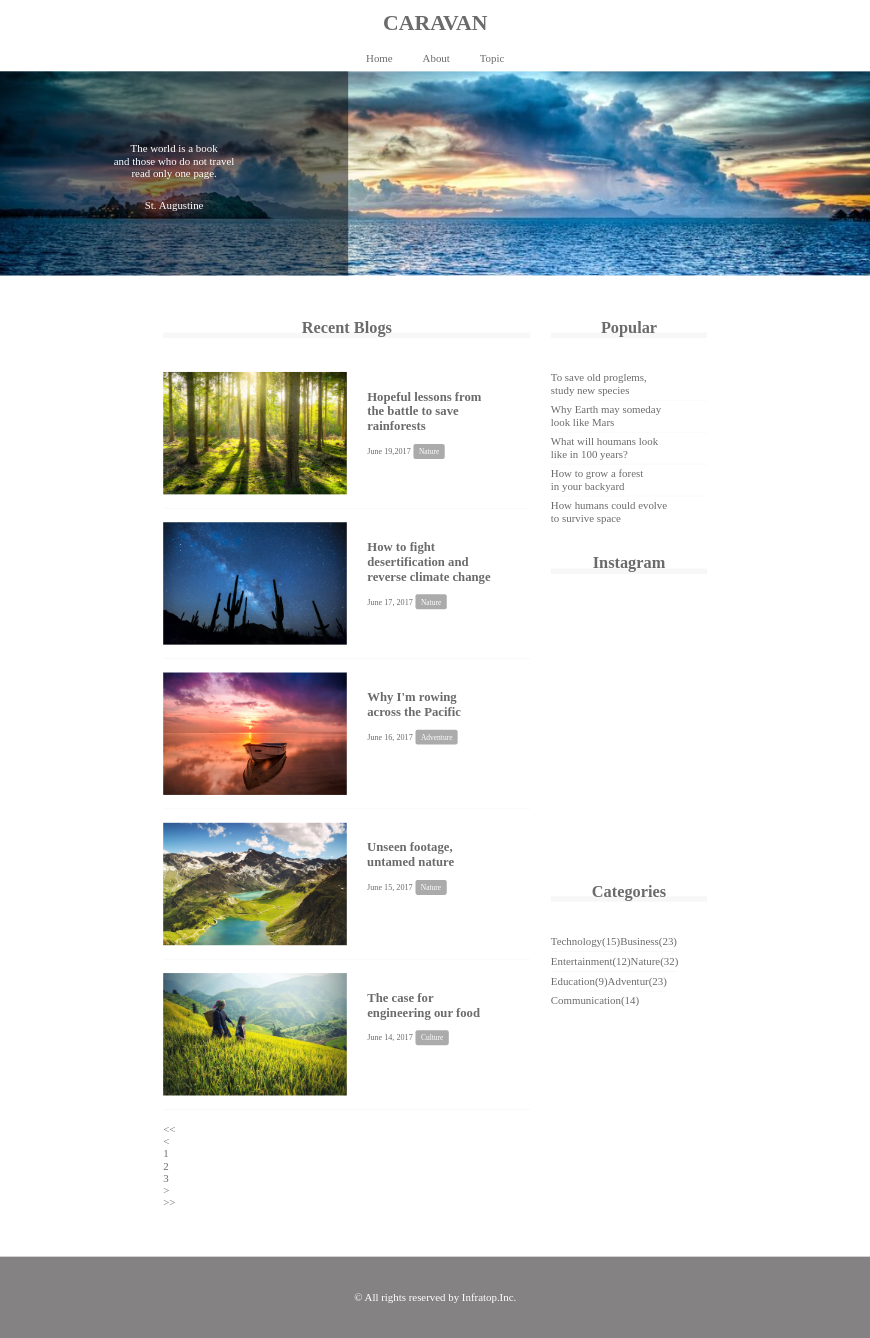
Repository: Souax/prac_20231021
Page: caravan/index.html
The author's editor kept a record of every edit. The page is drawn from the files as they stood at one moment, then again after the next edit.
The browser window is 1280 px wide. The pictures show the whole page, at 68% of full size.

Above is the page before.

After the next edit:
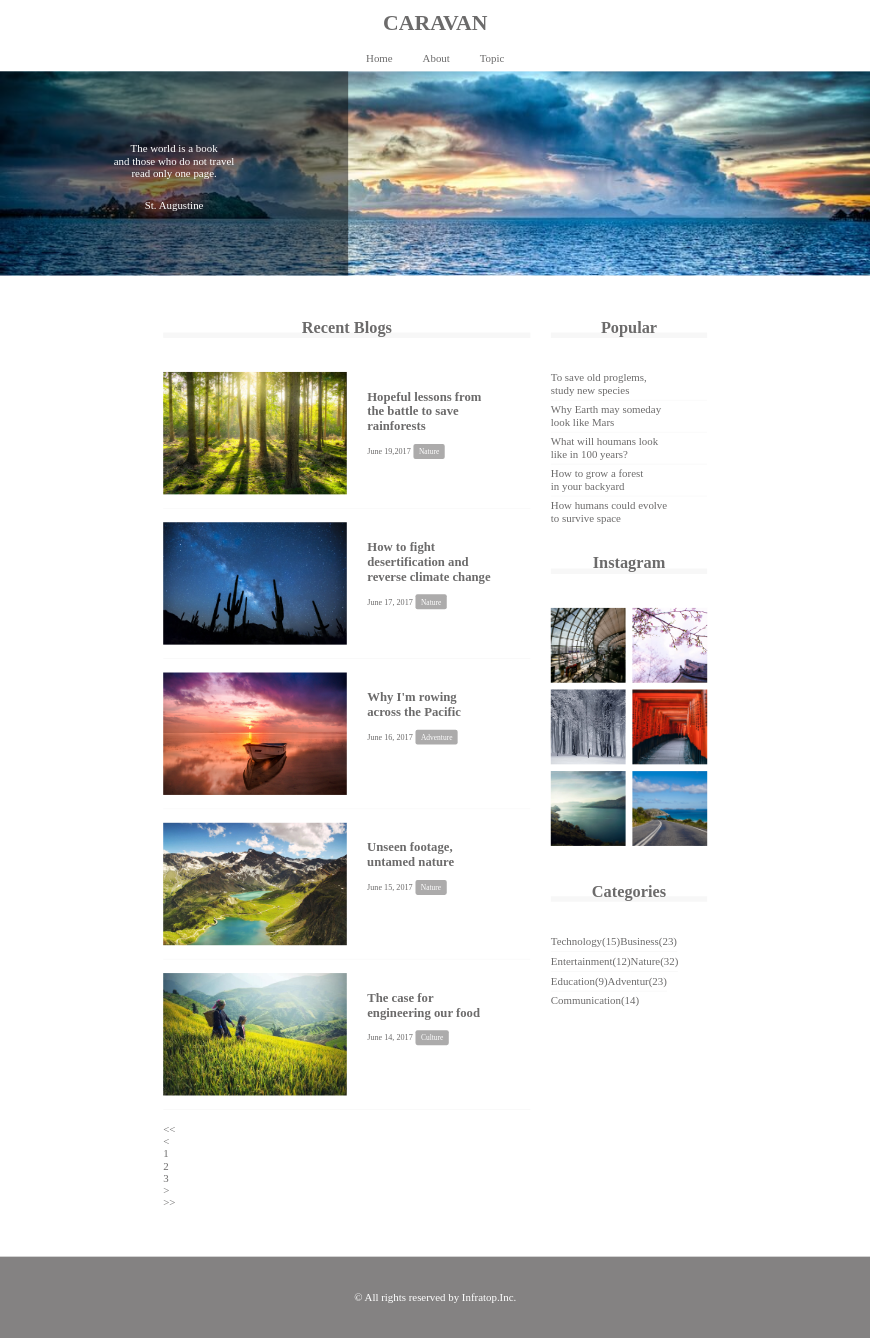
The edit:
--- a/caravan/style.css
+++ b/caravan/style.css
@@ -160,27 +160,29 @@
   margin: 0 10px 10px 0;
 }
 
-
-.instagram-box:child(1){
-  background-image:url(img/airport.jpg);
+.instagram-box:nth-child(1) {
+  background-image: url(img/airport.jpg);
 }
 
-.instagram-box:child(2){
-  background-image:url(img/japan.jpg);
+.instagram-box:nth-child(2) {
+  background-image: url(img/japan.jpg);
 }
 
-.instagram-box:child(3){
-  background-image:url(img/japan2.jpg);
+.instagram-box:nth-child(3) {
+  background-image: url(img/snow.jpg);
 }
 
-.instagram-box:child(4){
-  background-image:url(img/lake.jpg);
+.instagram-box:nth-child(4) {
+  background-image: url(img/japan2.jpg);
 }
 
-.instagram-box:child(5){
-  background-image:url(img/road.jpg);
+.instagram-box:nth-child(5) {
+  background-image: url(img/lake.jpg);
 }
 
+.instagram-box:nth-child(6) {
+  background-image: url(img/road.jpg);
+}
 footer{
   width:100%;
   height:120px;
